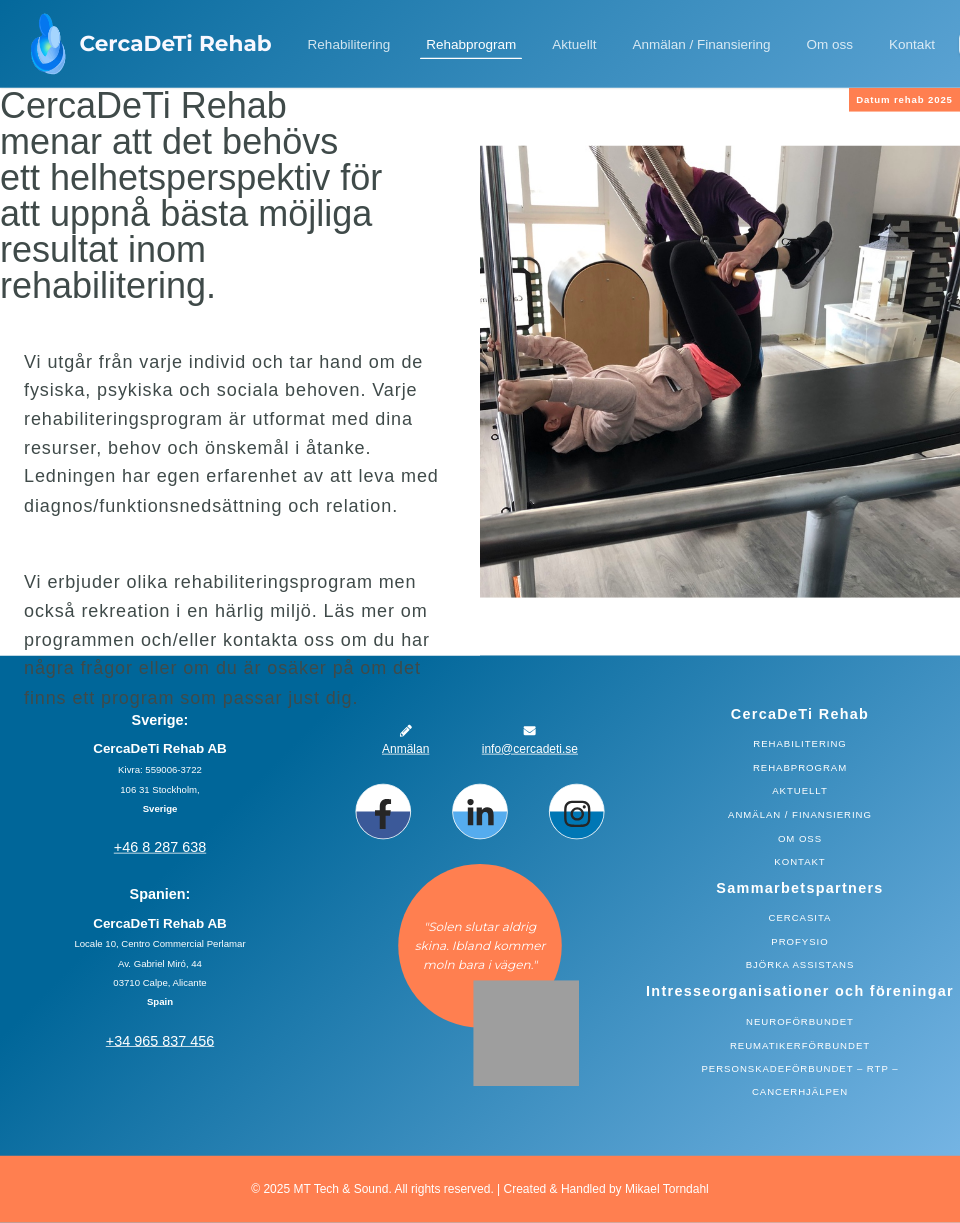
Repository: micketorndahl/CercaDeTi-rehab
Page: Rehabprogram.html
The author's editor kept a copy of each file at every save. The page is drawn from the files as they stood at one save, then again after the next save.
The browser window is 1280 px wide. The pictures show the whole page, at 75% of full size.
Pictures or frames that could not be fetched are drawn as grey boxes. The page's requests for data from a server got no answer. Some web fonts or font styles are not loaded; a fallback is used. Some web libraries are served in a nearby version.

Above is the page before, as saved 2025-02-07 02:43:45.
Console error: TypeError: Cannot set properties of null (setting 'innerHTML')

After the next save:
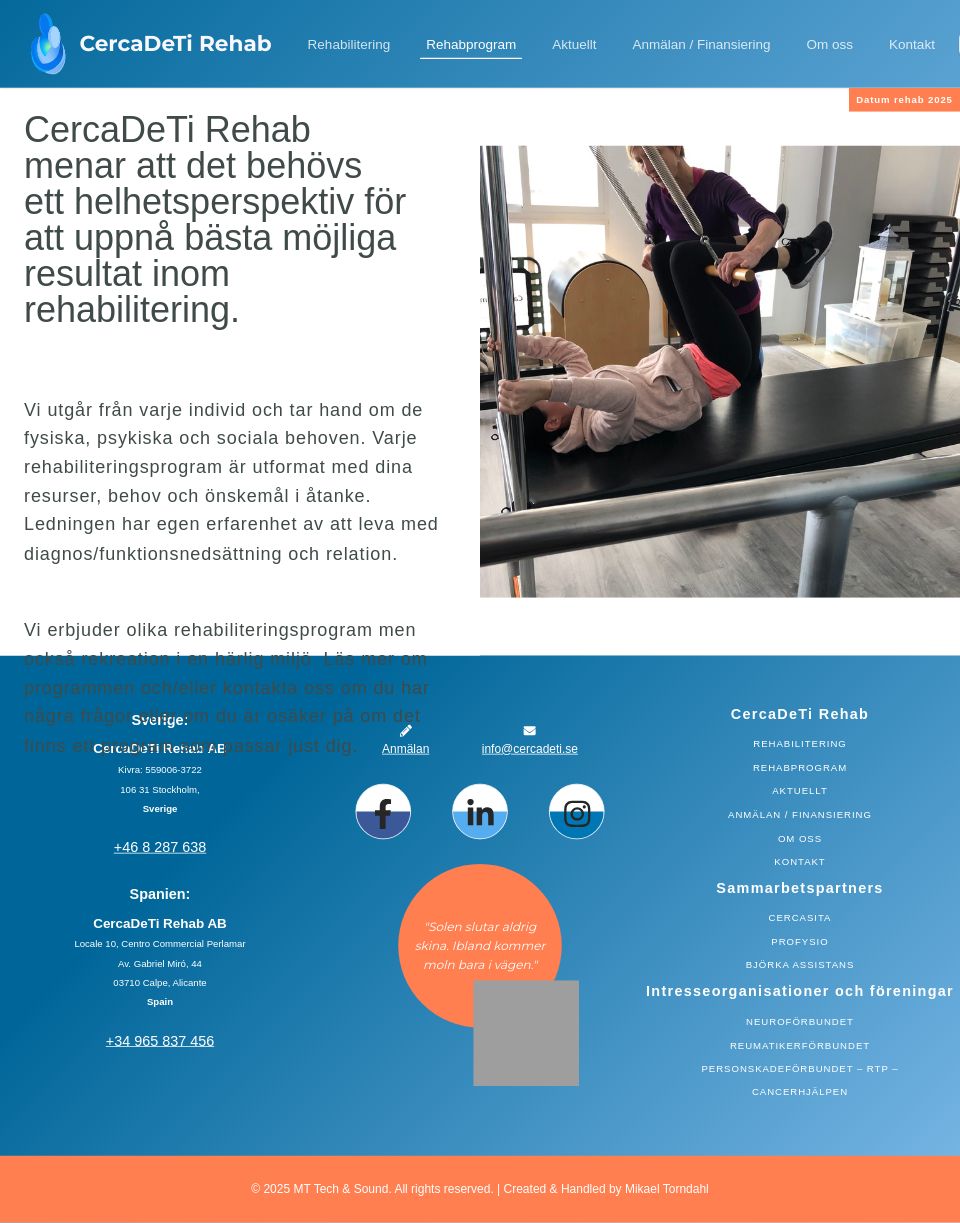
Saved 21 s later.
--- a/css/typography.css
+++ b/css/typography.css
@@ -130,7 +130,7 @@
   font-weight: 500;
   color: var(--text-gray);
   text-align: left;
-  margin: 0;
+  margin: var(--margin);
   padding: 0;
   padding-bottom: 2vmax;
   width: 80%;
